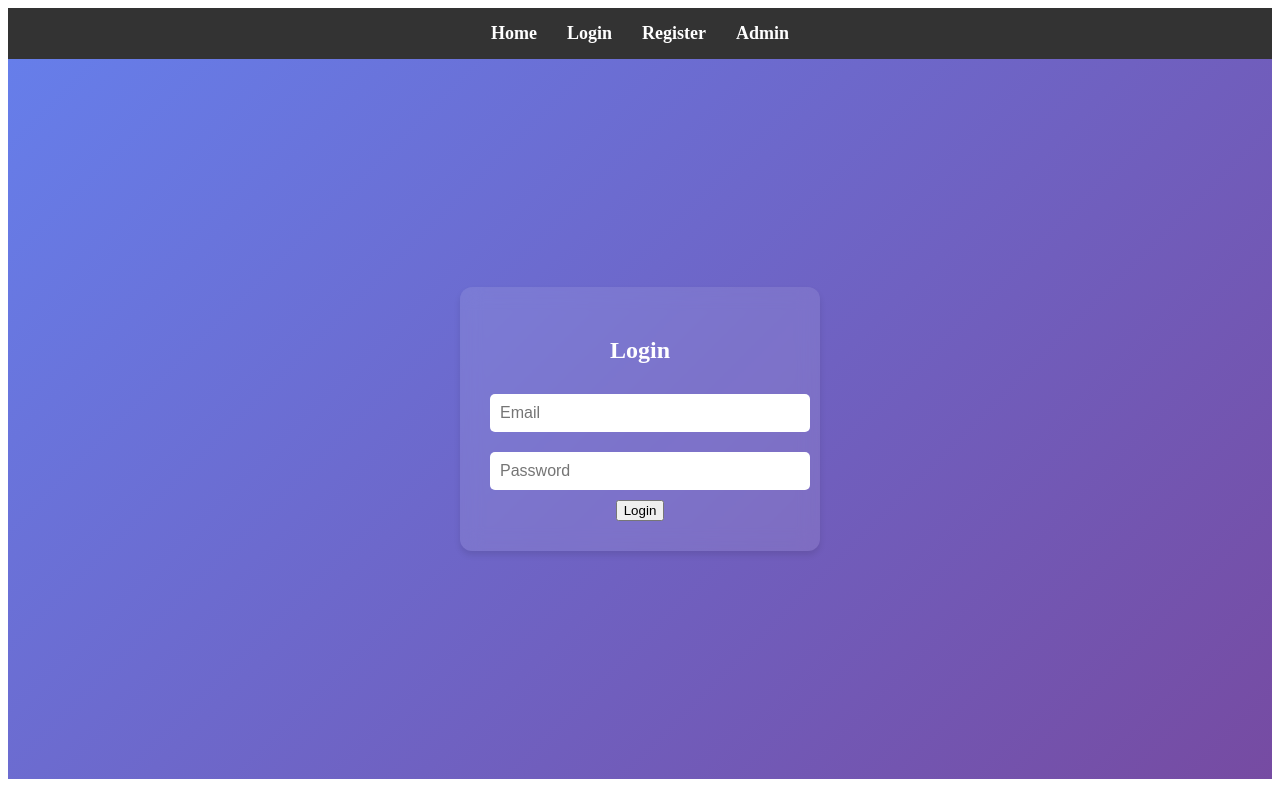
Repository: AhmedIbu/angular-login-app
Page: /login (app in angular-login-app/)
An editor plug-in stored every save of this project. The page is shown before and after a run of saves, followed by the edit.
The browser window is 1280 px wide. The pictures show the whole page.
The project was rebuilt for these pictures with package versions that can differ from the ones it lists, and the page was loaded fresh each time. Also part of the build but not shown: angular-login-app/angular.json, angular-login-app/src/app/home/home.component.ts, angular-login-app/src/app/register/register.component.ts, angular-login-app/src/app/services/user.service.ts, angular-login-app/src/app/admin-dashboard/admin-dashboard.component.ts, angular-login-app/src/app/admin-login/admin-login.component.ts, angular-login-app/src/app/user-dashboard/user-dashboard.component.ts.

Above is the page before, as saved 2025-02-21 11:14:08.

### angular-login-app/src/index.html
<!doctype html>
<html lang="en">
<head>
  <meta charset="utf-8">
  <title>AngularLoginApp</title>
  <base href="/">
  <meta name="viewport" content="width=device-width, initial-scale=1">
  <link rel="icon" type="image/x-icon" href="favicon.ico">
</head>
<body>
  <app-root></app-root>
</body>
</html>

### angular-login-app/src/styles.css
/*  app components css   */

/* Style the navigation bar */
.navbar {
  background: #333;
  padding: 15px;
  text-align: center;
}

/* Style the list */
.nav-list {
  list-style: none;
  padding: 0;
  margin: 0;
  display: flex;
  justify-content: center;
}

/* Style the navigation links */
.nav-list li {
  margin: 0 15px;
}

.nav-link {
  text-decoration: none;
  color: white;
  font-size: 18px;
  font-weight: bold;
  transition: color 0.3s ease-in-out;
}

/* Hover effect */
.nav-link:hover {
  color: #00c8ff;
}

/* Responsive design */
@media (max-width: 600px) {
  .nav-list {
    flex-direction: column;
  }

  .nav-list li {
    margin-bottom: 10px;
  }
}

### angular-login-app/src/main.ts
import { bootstrapApplication } from '@angular/platform-browser';
import { appConfig } from './app/app.config';
import { AppComponent } from './app/app.component';
import { provideHttpClient } from '@angular/common/http';

bootstrapApplication(AppComponent, {
  ...appConfig, // ✅ Spread existing config
  providers: [
    ...appConfig.providers, // ✅ Keep existing providers
    provideHttpClient() // ✅ Ensure HTTP client is provided
  ]
}).catch(err => console.error(err));

### angular-login-app/src/app/app.config.ts
import { ApplicationConfig } from '@angular/core';
import { provideRouter, Routes } from '@angular/router';
import { provideHttpClient } from '@angular/common/http';

// ✅ Import standalone components
import { HomeComponent } from './home/home.component';
import { LoginComponent } from './login/login.component';
import { RegisterComponent } from './register/register.component';
import { AdminDashboardComponent } from './admin-dashboard/admin-dashboard.component';
import { AdminLoginComponent } from './admin-login/admin-login.component';
import { UserDashboardComponent } from './user-dashboard/user-dashboard.component';

// ✅ Define routes
const routes: Routes = [
  { path: '', component: HomeComponent}, // Default route
  { path: 'login', component: LoginComponent },
  { path: 'register', component: RegisterComponent },
  { path: 'admin-login', component: AdminLoginComponent },
  { path: 'user-dashboard', component: UserDashboardComponent },
  { path: 'admin-dashboard', component: AdminDashboardComponent },
  { path: '**', redirectTo: 'user-dashboard' } // Catch-all for unknown routes
];

export const appConfig: ApplicationConfig = {
  providers: [
    provideRouter(routes),
    provideHttpClient()
  ]
};

### angular-login-app/src/app/app.component.ts
import { Component } from '@angular/core';
import { RouterModule } from '@angular/router';

@Component({
  selector: 'app-root',
  standalone: true,
  imports: [RouterModule],
  templateUrl: './app.component.html',
  styleUrls: ['./app.component.css','../styles.css']
})
export class AppComponent { }

### angular-login-app/src/app/login/login.component.ts
import { Component, OnInit } from '@angular/core';
import { Router } from '@angular/router';
import { AuthService } from '../services/auth.service';
import { CommonModule } from '@angular/common';
import { FormGroup, FormBuilder, ReactiveFormsModule, Validators } from '@angular/forms';

@Component({
  selector: 'app-login',
  standalone: true,
  templateUrl: './login.component.html',
  styleUrls: ['./login.component.css'],
  imports: [CommonModule, ReactiveFormsModule]
})
export class LoginComponent implements OnInit {

  loginForm!: FormGroup;
  errorMessage = '';
  loading = false;  // ✅ Added loading state

  constructor(
    private fb: FormBuilder,
    private authService: AuthService,
    private router: Router
  ) {}

  ngOnInit() {
    // ✅ Initialize the login form with validation
    this.loginForm = this.fb.group({
      email: ['', [Validators.required, Validators.email]],  // Email validation
      password: ['', [Validators.required, Validators.minLength(4)]]  // Password min length: 6
    });
  }

  onLogin() {
    if (this.loginForm.invalid) {
      this.loginForm.markAllAsTouched(); // ✅ Highlight invalid fields
      return;
    }

    this.loading = true;
    this.errorMessage = '';

    const loginData = this.loginForm.value;
    console.log('📨 Sending Login Data:', loginData);

    this.authService.login(loginData).subscribe({
      next: (response: any) => {
        console.log('✅ Login Successful:', response);
        alert('Login successful!');
        this.router.navigate(['/dashboard']);
      },
      error: (error) => {
        console.error('🔥 API Error:', error);
        this.errorMessage = error.error?.message || 'Login failed. Try again.';
        alert(this.errorMessage);
      },
      complete: () => {
        this.loading = false;
      }
    });
  }
}

### angular-login-app/src/app/app.component.html
<nav class="navbar">
  <ul class="nav-list">
    <li><a routerLink="/" class="nav-link">Home</a></li>
    <li><a routerLink="/login" class="nav-link">Login</a></li>
    <li><a routerLink="/register" class="nav-link">Register</a></li>
    <li><a routerLink="/admin-login" class="nav-link">Admin</a></li>
  </ul>
</nav>

<router-outlet></router-outlet>

### angular-login-app/src/app/login/login.component.html
<div class="login-container">
  <div class="login-box">
    <h2>Login</h2>
      <form [formGroup]="loginForm" (ngSubmit)="onLogin()">
        <input type="email" formControlName="email" placeholder="Email" required />
        <input type="password" formControlName="password" placeholder="Password" required />
        <button type="submit" >Login</button>
    </form>
  </div>
</div>
<p *ngIf="errorMessage" style="color: red;">{{ errorMessage }}</p>

### angular-login-app/src/app/login/login.component.css
/* Centering the login form */
.login-container {
    display: flex;
    justify-content: center;
    align-items: center;
    height: 100vh;
    background: linear-gradient(135deg, #667eea, #764ba2);
  }

  /* Glassmorphism effect for form */
  .login-box {
    background: rgba(255, 255, 255, 0.1);
    backdrop-filter: blur(10px);
    border-radius: 12px;
    padding: 30px;
    box-shadow: 0 4px 6px rgba(0, 0, 0, 0.1);
    width: 300px;
    text-align: center;
    color: #fff;
  }

  /* Styling form elements */
  .login-box h2 {
    margin-bottom: 20px;
    font-size: 24px;
    font-weight: bold;
  }

  .login-box input {
    width: 100%;
    padding: 10px;
    margin: 10px 0;
    border: none;
    border-radius: 5px;
    font-size: 16px;
  }

  /* Login button styles */
  .login-btn {
    background: #ff7eb3;
    color: white;
    border: none;
    padding: 10px;
    font-size: 18px;
    width: 100%;
    border-radius: 5px;
    cursor: pointer;
    transition: 0.3s;
  }

  .login-btn:hover {
    background: #ff4a85;
    transform: scale(1.05);
  }

### angular-login-app/src/app/services/auth.service.ts
import { Injectable } from '@angular/core';
import { HttpClient, HttpHeaders } from '@angular/common/http';
import { Observable, BehaviorSubject, of } from 'rxjs';
import { map, catchError, tap } from 'rxjs/operators';

@Injectable({
  providedIn: 'root'
})
export class AuthService {
  private apiUrl = 'http://127.0.0.1:5000'; // ✅ Flask API URL
  private isAuthenticated = new BehaviorSubject<boolean>(this.hasToken());

  constructor(private http: HttpClient) {}

  // ✅ Regular User Login (API)
  login(credentials: { email: string; password: string }): Observable<{ success: boolean; token?: string; isAdmin?: boolean }> {
    const headers = new HttpHeaders({ 'Content-Type': 'application/json' });

    return this.http.post<{ token: string; isAdmin: boolean }>(`${this.apiUrl}/login`, credentials, { headers }).pipe(
      tap(response => console.log('✅ User Login API Response:', response)), // ✅ Log API response
      map(response => {
        if (response.token) {
          this.saveToken(response.token);
          localStorage.setItem('isAdmin', JSON.stringify(response.isAdmin));
          return { success: true, token: response.token, isAdmin: response.isAdmin };
        }
        return { success: false };
      }),
      catchError(error => {
        console.error('❌ Login Error:', error);
        return of({ success: false });
      })
    );
  }

  // ✅ Admin Login (API Call)
  adminLogin(email: string, password: string): Observable<{ success: boolean; token?: string }> {
    const headers = new HttpHeaders({ 'Content-Type': 'application/json' });

    return this.http.post<{ success: boolean; token?: string }>(`${this.apiUrl}/admin-login`, { email, password }, { headers }).pipe(
      tap(response => console.log('✅ Admin Login API Response:', response)), // ✅ Log API response
      map(response => {
        if (response.success && response.token) {
          this.saveToken(response.token);
          localStorage.setItem('admin', 'true'); // ✅ Save admin status
          return { success: true, token: response.token };
        }
        return { success: false };
      }),
      catchError(error => {
        console.error('❌ Admin Login Error:', error);
        return of({ success: false });
      })
    );
  }

  // ✅ Save Token
  saveToken(token: string) {
    localStorage.setItem('token', token);
    this.isAuthenticated.next(true);
  }

  // ✅ Retrieve Token
  getToken(): string | null {
    return localStorage.getItem('token');
  }

  // ✅ Check if Token Exists
  hasToken(): boolean {
    return !!localStorage.getItem('token');
  }

  // ✅ Check if Admin is Logged In
  isAdmin(): boolean {
    return localStorage.getItem('admin') === 'true' && this.hasToken();
  }

  // ✅ User Registration
  register(userData: any): Observable<any> {
    return this.http.post(`${this.apiUrl}/register`, userData).pipe(
      tap(response => {
        console.log('✅ Registration successful', response);
        alert('Registration successful! You can now log in.');
      }),
      catchError(error => {
        console.error('❌ Registration failed', error);
        alert('Registration failed. Try again.');
        return of(null);
      })
    );
  }

  // ✅ Logout & Clear Everything
  logout() {
    localStorage.removeItem('token');
    localStorage.removeItem('admin');
    this.isAuthenticated.next(false);
    window.location.reload(); // 🔹 Force refresh to clear session issues
  }

  // ✅ Observe Auth Status (for Guards)
  isAuthenticated$(): Observable<boolean> {
    return this.isAuthenticated.asObservable();
  }
}

Loaded but not shown: angular-login-app/src/app/app.component.css (no stored copy; drawn as an empty file)

After the next 2 saves:
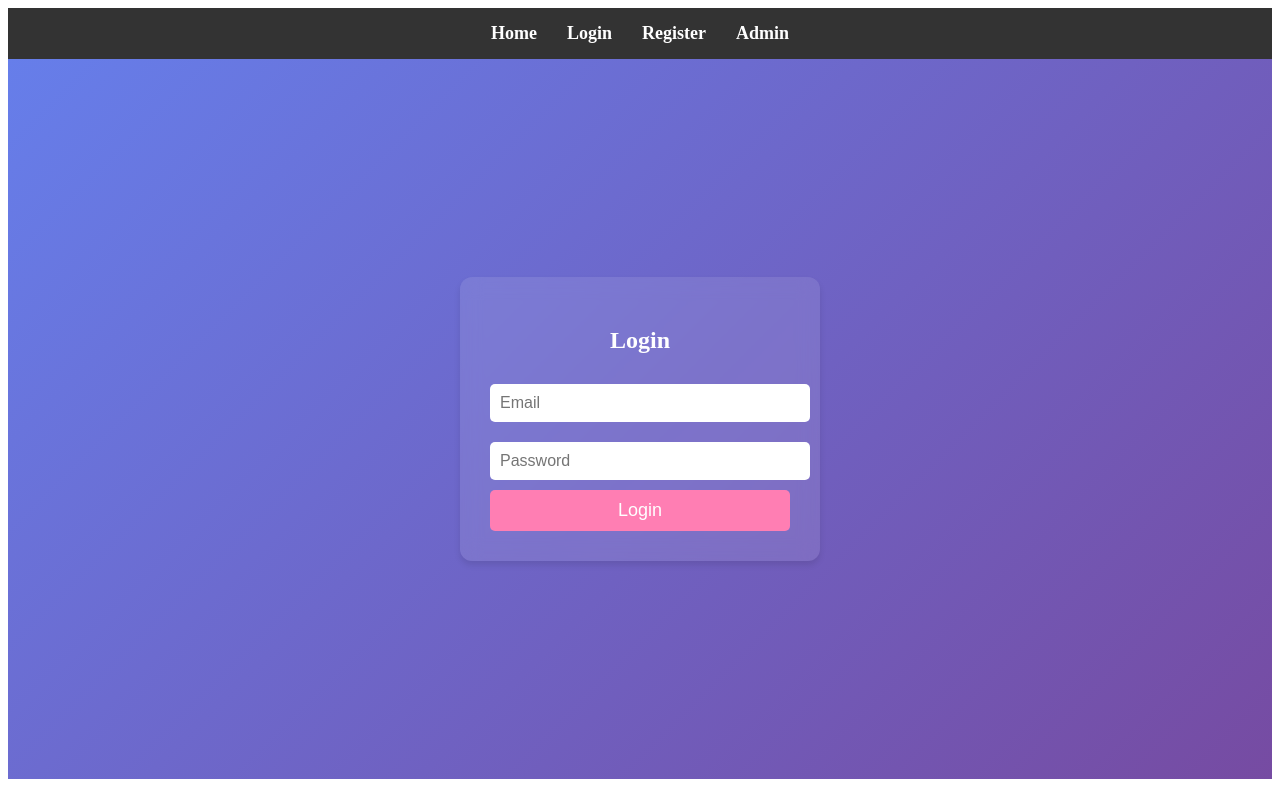
The 2 saves are shown as one change because they came seconds apart.
The last was saved 27 s later.
--- a/angular-login-app/src/app/login/login.component.html
+++ b/angular-login-app/src/app/login/login.component.html
@@ -4,7 +4,7 @@
       <form [formGroup]="loginForm" (ngSubmit)="onLogin()">
         <input type="email" formControlName="email" placeholder="Email" required />
         <input type="password" formControlName="password" placeholder="Password" required />
-        <button type="submit" >Login</button>
+        <button type="submit" class="login-btn" >Login</button>
     </form>
   </div>
 </div>
